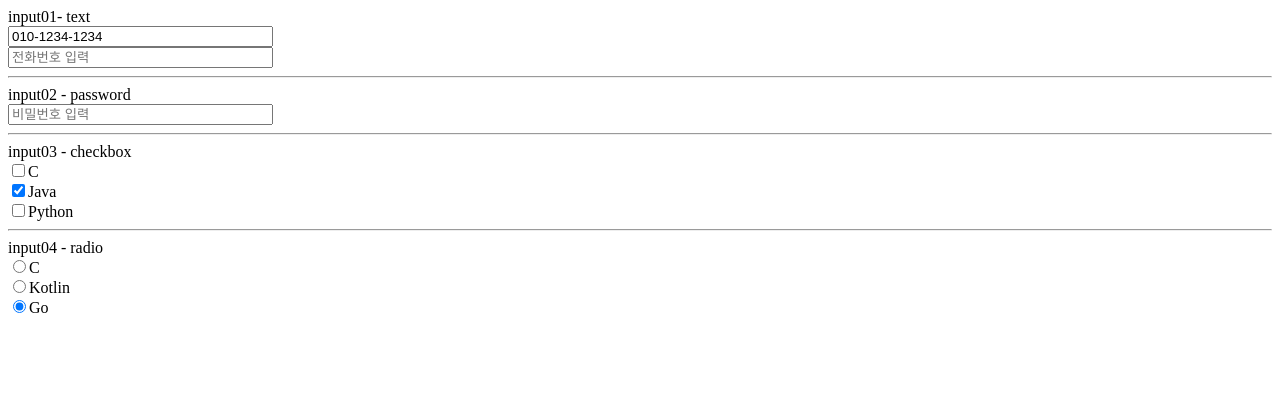
Repository: jjb5442/JSP
Page: 3Day/workspace/02_HTML_tutorial/src/main/webapp/08_Tutorial.html
These files come from the project's save history. The page is drawn as it stood at one moment and after the next save; the edit follows.
The browser window is 1280 px wide. The pictures show the whole page.

Above is the page before, as saved 2022-05-14 03:28:11.

After the next save:
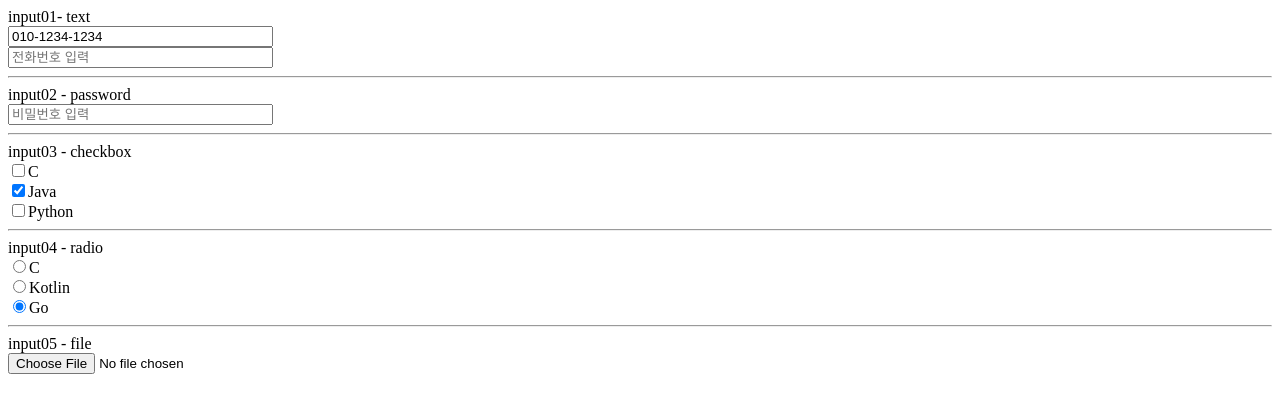
Saved 37 s later.
--- a/3Day/workspace/02_HTML_tutorial/src/main/webapp/08_Tutorial.html
+++ b/3Day/workspace/02_HTML_tutorial/src/main/webapp/08_Tutorial.html
@@ -35,6 +35,10 @@
 	<input type="radio" name="language" value="C++">C<br/>
 	<input type="radio" name="language" value="Kotlin">Kotlin<br/>
 	<input type="radio" name="language" value="Go" checked>Go<br/>
+	<hr/>
+
+	input05 - file<br/>
+	<input type="file">
 
 </body>
 </html>
